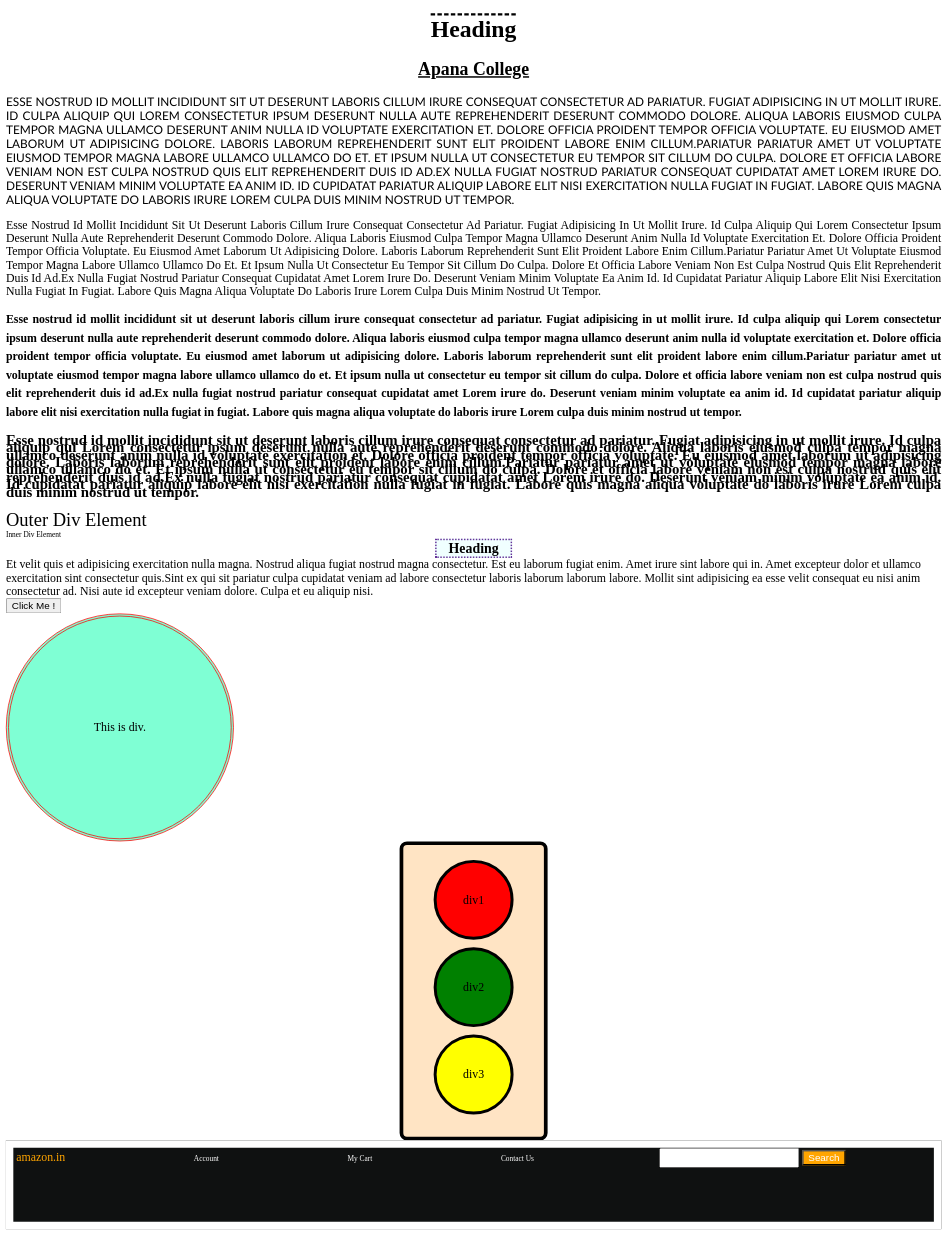
Repository: rakeshkolpepatil/CSS_Apana_College
Page: index.html
The author's editor kept a copy of each file at every save. The page is drawn from the files as they stood at one save, then again after the next save.
The browser window is 1280 px wide. The pictures show the whole page, at 74% of full size.

Above is the page before, as saved 2023-06-22 22:01:10.

After the next save:
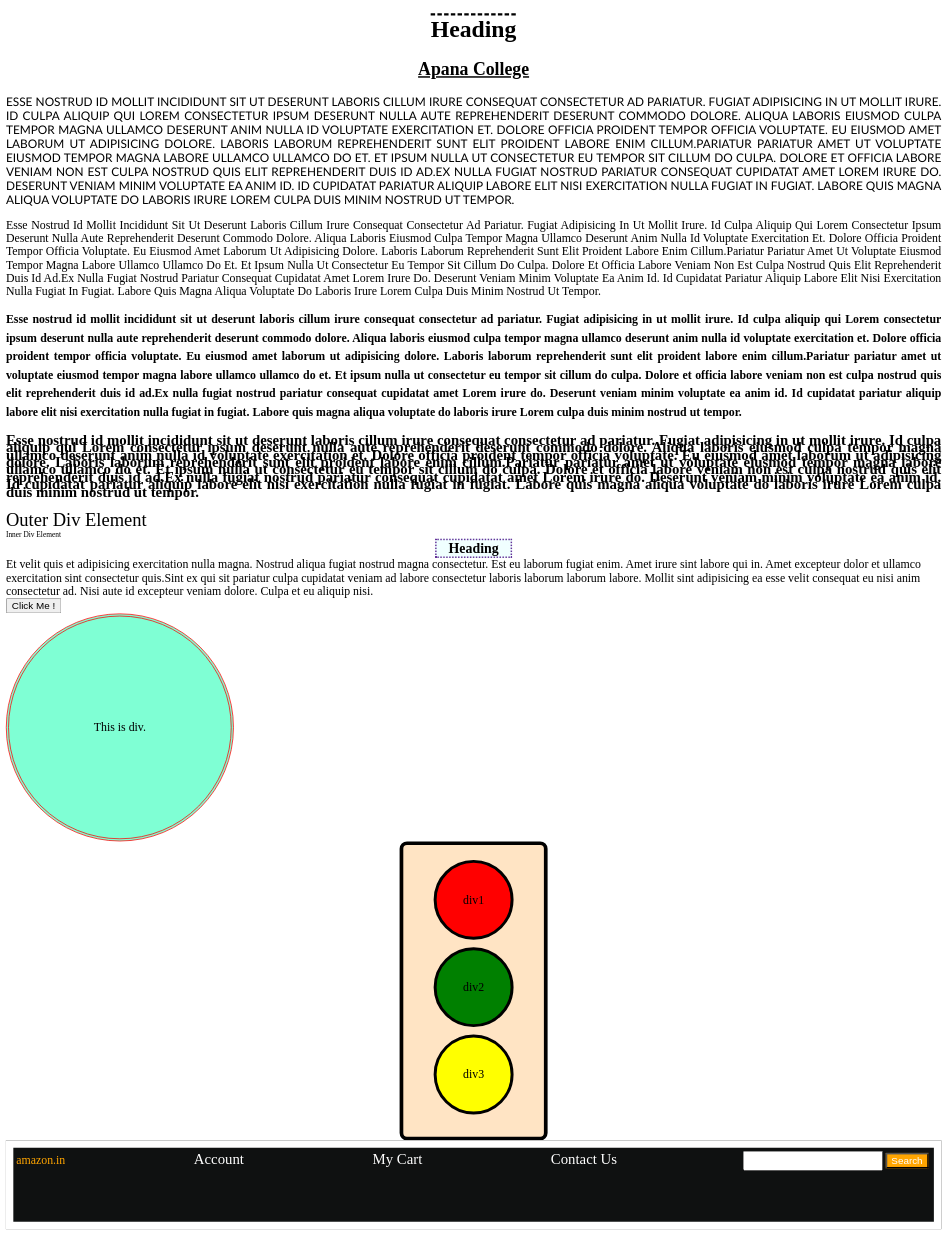
Saved 6 s later.
--- a/index.html
+++ b/index.html
@@ -40,9 +40,9 @@
 
   <div id="div6" >
     <a style="display:inline-block; margin-right: 13%; color: orange; padding: 4px; text-decoration: none;" href="https://www.amazon.in" >amazon.in</a>
-    <a style="display:inline-block; margin-right: 13%; color: white; padding: 4px; text-decoration: none; font-size: 10px;" href="">Account</a>
-    <a style="display:inline-block; margin-right: 13%; color: white; padding: 4px; text-decoration: none; font-size: 10px;" href="">My Cart</a>
-    <a style="display:inline-block; margin-right: 13%; color: white; padding: 4px; text-decoration: none; font-size: 10px;" href="">Contact Us</a>
+    <a style="display:inline-block; margin-right: 13%; color: white; padding: 4px; text-decoration: none; font-size: 20px;" href="">Account</a>
+    <a style="display:inline-block; margin-right: 13%; color: white; padding: 4px; text-decoration: none; font-size: 20px;" href="">My Cart</a>
+    <a style="display:inline-block; margin-right: 13%; color: white; padding: 4px; text-decoration: none; font-size: 20px;" href="">Contact Us</a>
     <input style="display:inline-block;  color: white; padding: 4px;"> </input>
     <button style="background-color: orange; color:white"> Search</button>
   </div>
